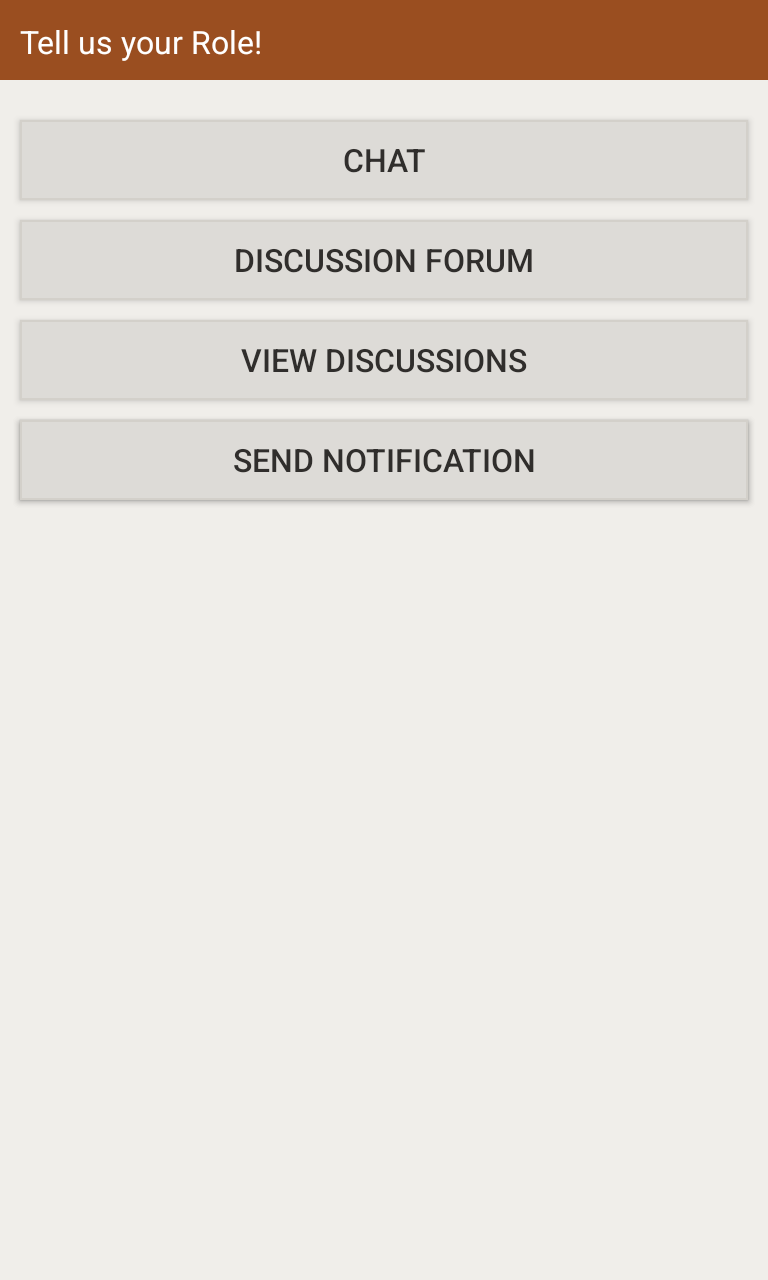
Repository: Prasannakumarb/CollegeMate
Layout: CollegeMate/CollegeMate/res/layout/activity_basic_home_screen.xml
The author's editor kept a copy of each file at every save. The layout is drawn from the files as they stood at one save, then again after the next save.
It is drawn on a 768 x 1280 px phone screen (xhdpi) without system bars, with theme AppTheme; the app's code is not run. The app's manifest (not shown) leaves right-to-left support off. So textAlignment, textDirection and layoutDirection are ignored, and left and right values win over start and end ones.

Above is the layout before, as saved 2014-07-02 18:28:45.

After the next save:
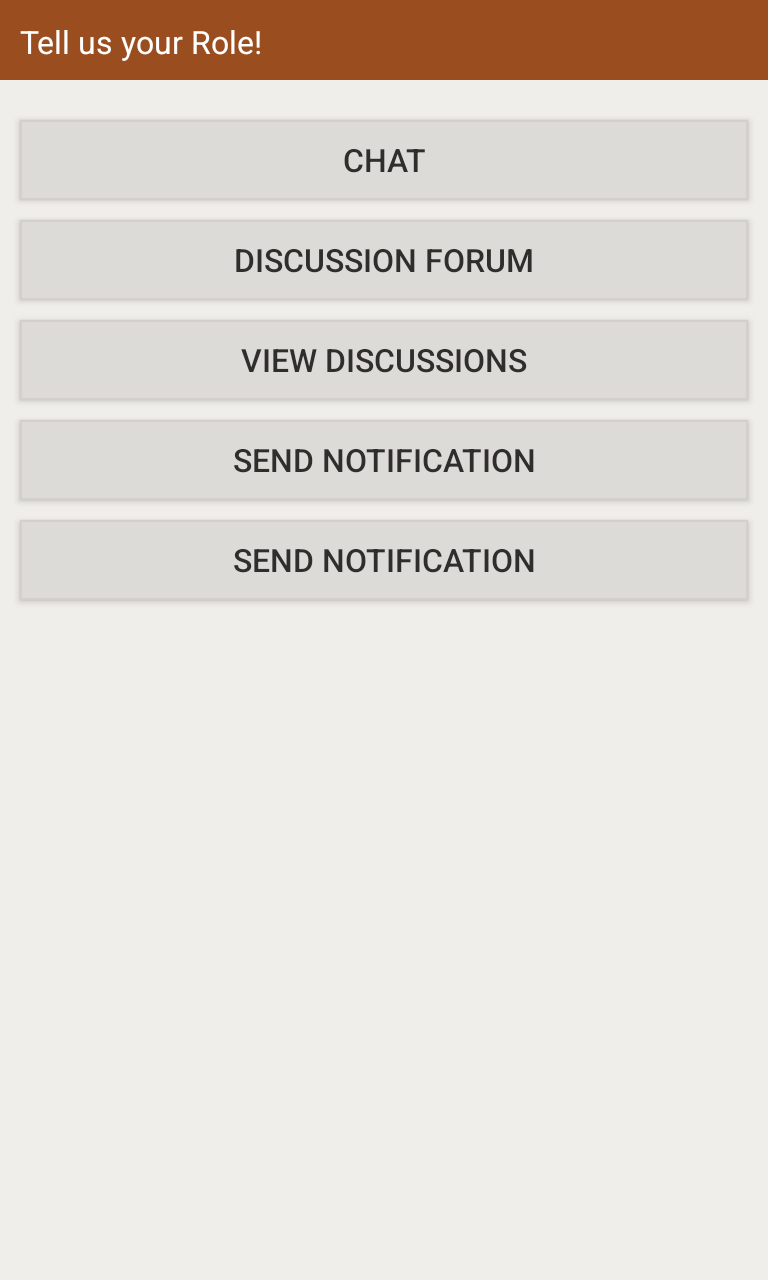
Saved 90 s later.
--- a/CollegeMate/CollegeMate/res/layout/activity_basic_home_screen.xml
+++ b/CollegeMate/CollegeMate/res/layout/activity_basic_home_screen.xml
@@ -81,7 +81,7 @@
         android:layout_height="40dp"
         android:layout_alignLeft="@+id/admin"
         android:layout_alignRight="@+id/admin"
-        android:layout_below="@+id/viewdiscussions"
+        android:layout_below="@+id/notification"
         android:layout_marginTop="10dp"
         android:background="@drawable/buttonbg"
         android:onClick="viewnotification"
